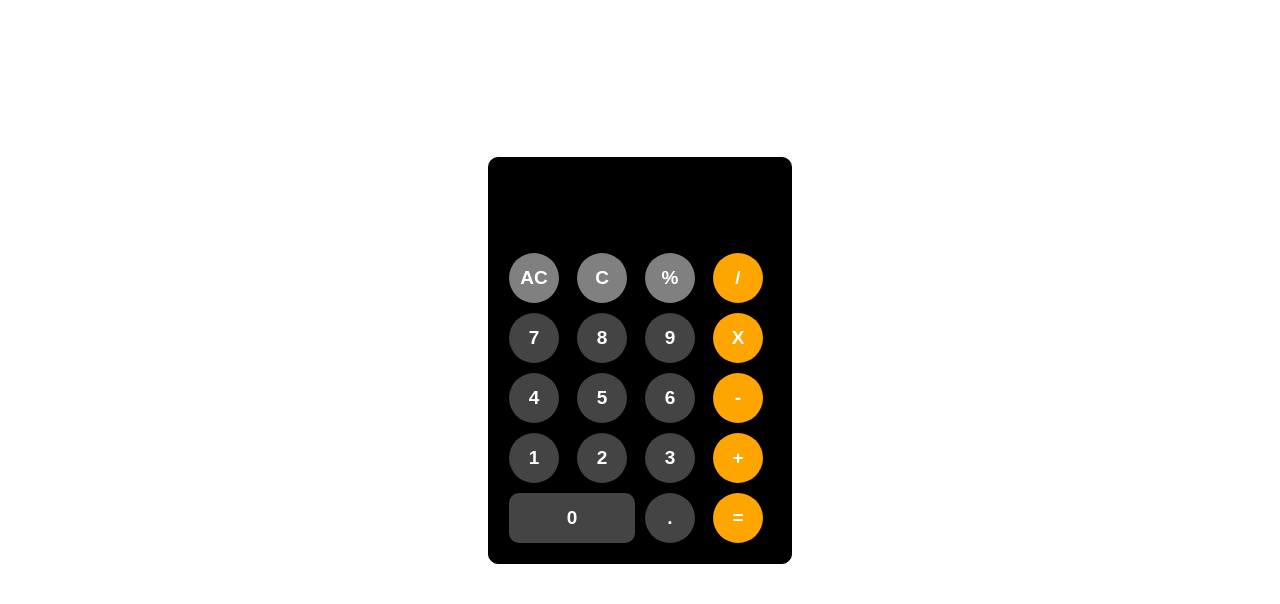
Repository: dmpelaez/calculator
Page: Calculator.html
These files come from the project's save history. The page is drawn as it stood at one moment and after the next save; the edit follows.
The browser window is 1280 px wide. The pictures show the whole page.

Above is the page before, as saved 2025-12-15 22:56:33.

### Calculator.html
<!DOCTYPE html>

  <html>
    <head>

      <title>Calculator</title>

      <!--CSS-->
      <link rel="stylesheet" href="Calculator.css">

    </head>
    <body>
      <!--Container-->
      <main class="container">

        <!--Sections-->
        <section class="Section">

          <!--Input section-->
          <input class="inputSection" name="display" value="" disabled>

          <!--Btns section-->
          <div class="btnSection">
            <button class="btn cancel">AC</button>
            <button class="btn signs" onclick="
            const value = document.querySelector('.inputSection').value.slice(0, -1);
            document.querySelector('.inputSection').value = value;
            answer = value;
            ">C</button>
            <button class="btn rmnder" onclick="appendNumber('%')">%</button>
            <button class="btn divide" onclick="appendNumber(' / ')">/</button>
            <button class="btn seven" onclick="appendNumber('7')">7</button>
            <button class="btn eight" onclick="appendNumber('8')">8</button>
            <button class="btn nine" onclick="appendNumber('9')">9</button>
            <button class="btn times" onclick="appendNumber(' * ')">X</button>
            <button class="btn four" onclick="appendNumber('4')">4</button>
            <button class="btn five" onclick="appendNumber('5')">5</button>
            <button class="btn six" onclick="appendNumber('6')">6</button>
            <button class="btn minus"  onclick="appendNumber(' - ')">-</button>
            <button class="btn one" onclick="appendNumber('1')">1</button>
            <button class="btn two" onclick="appendNumber('2')">2</button>
            <button class="btn three" onclick="appendNumber('3')">3</button>
            <button class="btn plus"  onclick="appendNumber(' + ')">+</button>
            <button class="btn zero" onclick="appendNumber('0')">0</button>
            <button class="btn dot" onclick="appendNumber('.')" >.</button>
            <button class="btn equal" onclick="
            try {
            answer = eval(answer);
            document.querySelector('.inputSection').value = answer;
            } catch {
              document.querySelector('.inputSection').value = 'Error';
            }
            ">=</button>
          </div>
        </section>


      </main>

      <script src="Calculator.js"></script>
    </body>

  </html>

### Calculator.css
body {
  margin: 0;
  padding: 0;
  box-sizing: border-box;
  display: flex;
  align-items: center;
  justify-content: center;
  height: 100vh;
  background: rgb(255, 255, 255);
}

.container {
  border: 1px solid white;
  border-radius: 10px;
}

.Section {
display: flex;
flex-direction: column;
border: 1px solid black;
border-radius: 10px;
gap: 20px;
background: black;
}
.inputSection {
  color: white;
  padding: 20px;
  padding-bottom: 0px;
  display: flex;
  justify-content: end;
  height: 50px;
  align-items: center;
  font-size: 19px;
  font-weight: bold;
  background: transparent;
  border: none;

}
.btnSection {
  display: grid;
  grid-template-columns: 1fr 1fr 1fr 1fr;
  padding: 20px;
  gap: 10px;
  padding-top: 5px;
}
.btn {
  border: none;
  height: 50px;
  width: 50px;
  border-radius: 50%;
  font-weight: bold;
  Font-size: 19px;
  cursor: pointer;
  color: white;
  background: rgb(68, 68, 68);
}

.equal {
  grid-column: 4
}
.dot {
  grid-column: 3
}
.zero {
  grid-row: 5;
  grid-column: 1 / 2 span;
  background: white;
  width: auto;
  border-radius: 10px;
  background: rgb(68, 68, 68);
}
.cancel,
.signs,
.rmnder {
  background: gray;
}
.divide,
.times,
.minus,
.plus,
.equal {
  background: orange;
}

### Calculator.js

let answer = '';



function appendNumber(num) {
  answer += num;

document.querySelector('.inputSection')
.value = answer;

};


document.querySelector('.cancel')
.addEventListener('click', () => {
  answer = '';
  document.querySelector('.inputSection')
.value = answer;
})

After the next save:
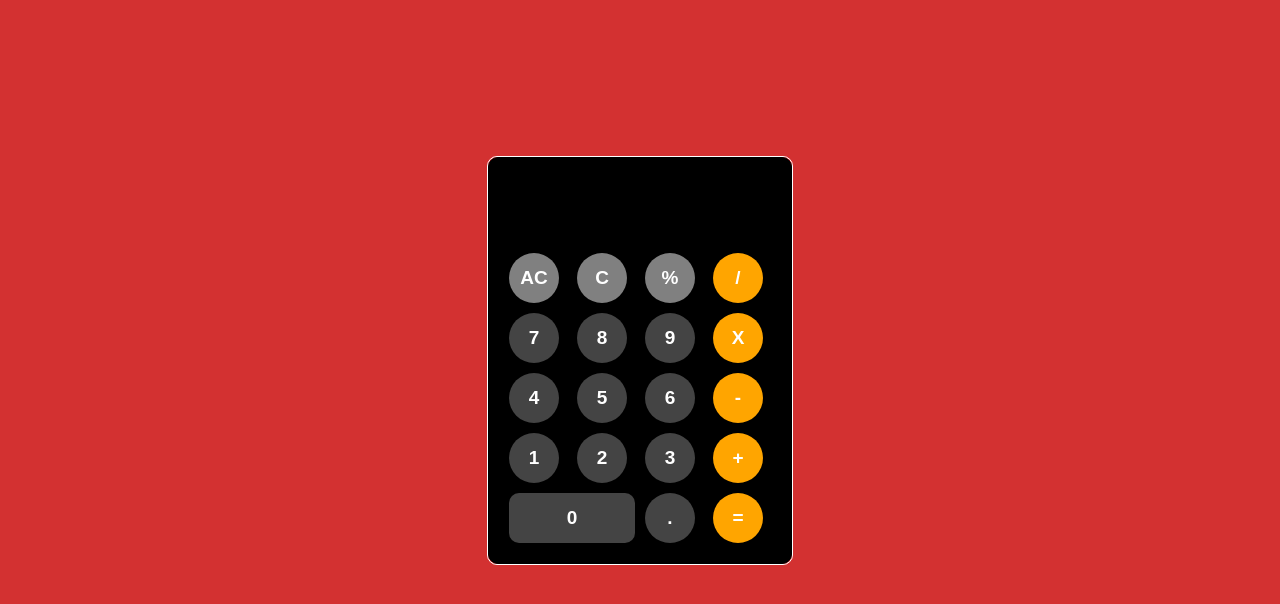
Saved 4 s later.
--- a/Calculator.css
+++ b/Calculator.css
@@ -6,7 +6,7 @@ body {
   align-items: center;
   justify-content: center;
   height: 100vh;
-  background: rgb(255, 255, 255);
+  background: rgb(211, 49, 49);
 }
 
 .container {
